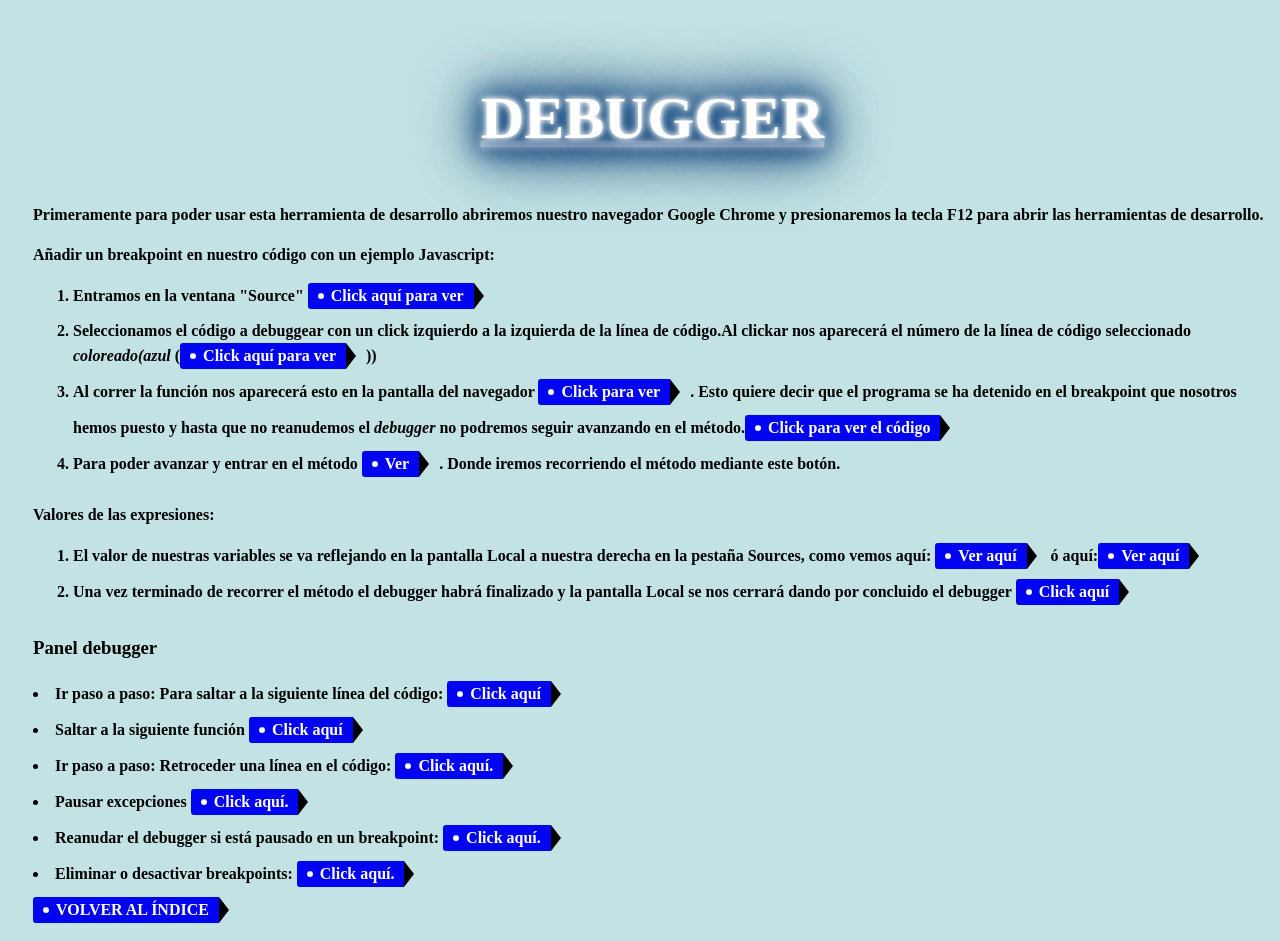
Repository: VictorinoBF97/HerramientasDesarollo
Page: debugger.html
These files come from the project's save history. The page is drawn as it stood at one moment and after the next save; the edit follows.
The browser window is 1280 px wide. The pictures show the whole page.

Above is the page before, as saved 2018-11-27 07:06:43.
Not found: main.js

### debugger.html
<!DOCTYPE html>
<html>
<head>
    <meta charset="utf-8" />
    <meta http-equiv="X-UA-Compatible" content="IE=edge">
    <title>HERRAMIENTA DEBUGGER</title>
    <meta name="viewport" content="width=device-width, initial-scale=1">
    <link rel="stylesheet" type="text/css" media="screen" href="./css/styles.css" />
    <script src="main.js"></script>
</head>
<body>
    <h1><u>DEBUGGER</u></h1>
    <p>
        Primeramente para poder usar esta herramienta de desarrollo abriremos nuestro
        navegador Google Chrome y presionaremos la tecla <b>F12</b> para abrir las
        herramientas de desarrollo.
    </p>
    <div>
        <p>Añadir un breakpoint en nuestro código con un ejemplo Javascript:</p>
    </div>
    <ol>
        <li>Entramos en la ventana <b>"Source"</b>
             <a href="./images/source.PNG" target="_blank">Click aquí para ver</a>
        </li>
        <li>Seleccionamos el código a debuggear con un click izquierdo a la
            izquierda de la línea de código.Al clickar nos aparecerá el número
            de la línea de código seleccionado <i>coloreado(<b>azul</b></i>
            (<a href="./images/breakpoint.PNG" target="_blank">Click aquí para ver</a>))
        </li>
        <li>Al correr la función nos aparecerá esto en la pantalla del navegador
             <a href="./images/debug.PNG" target="_blank">Click para ver</a>.
            Esto quiere decir que el programa se ha detenido en el <b>breakpoint</b>
            que nosotros hemos puesto y hasta que no reanudemos el <em>debugger</em>
            no podremos seguir avanzando en el método.<a href="./images/dbug.PNG" target="_blank">Click para ver el código</a>
        </li>
        <li>Para poder avanzar y entrar en el método <a href="./images/next.PNG"
        target="_blank">Ver</a>. Donde iremos recorriendo el método mediante este botón.</li>
    </ol>

    <div>Valores de las expresiones:

    </div>
    <ol>
        <li>
            El valor de nuestras variables se va reflejando en la pantalla <strong>Local</strong> a nuestra derecha en la pestaña Sources, como vemos aquí: <a href="./images/variables.PNG" target="_blank">
            Ver aquí</a> ó aquí:<a href="./images/variables2.PNG" target="_blank">Ver aquí</a>
        </li>

        <li>
            Una vez terminado de recorrer el método el debugger habrá finalizado y la pantalla Local se nos cerrará dando por concluido el debugger <a href="./images/fin.png" target="_blank">Click aquí</a>
        </li>
    </ol>

    <h3>Panel debugger</h3>

    <li> Ir paso a paso: Para saltar a la siguiente línea del código: <a href="./images/nextstep.PNG" target="_blank">Click aquí</a>

        <li>
            Saltar a la siguiente función <a href="./images/saltar.PNG"
            target="_blank">Click aquí</a>
        </li>

        <li>Ir paso a paso: Retroceder una línea en el código: <a href="./images/beforestep.PNG"
        target="_blank">Click aquí.</a></li>

        <li>Pausar excepciones <a href="./images/pausa.PNG"
            target="_blank">Click aquí.</a></li>

        <li>Reanudar el debugger si está pausado en un breakpoint: <a href="./images/reanudard.PNG"
        target="_blank">Click aquí.</a></li>

        <li>Eliminar o desactivar breakpoints: <a href="./images/find.PNG"
            target="_blank">Click aquí.</a></li>



</body>
<footer>
    <a href="indice.html" target="_self" class="volver">VOLVER AL ÍNDICE</a>
</footer>
</html>

### css/styles.css
html{
    background-color: rgb(194, 226, 228);
}

.titulo{
    text-shadow: 0px 0px 5px rgb(152, 153, 147);
    border: 10px ridge #1E90FF;
    width: 75%;

}

h1{
    font-size: 60px;
font-family: 'Futura';
color: #fff;
text-shadow: 0 0 5px #fff, 0 0 10px #fff, 0 0 20px rgb(3, 58, 117), 0 0 30px rgb(3, 58, 117), 0 0 40px rgb(3, 58, 117), 0 0 55px rgb(3, 58, 117), 0 0 75px rgb(3, 58, 117);
text-align: center;
}
body{
    font: 16px/1.5 'PT Sans', serif;
    font-weight: bold;
    overflow: hidden;
    padding-left: 25px;
    padding-top: 25px;
}

.indice{
    font-size: 125%;

}
a{
    background: rgb(0, 4, 240);
  border-radius: 3px 0 0 3px;
  color: rgb(255, 255, 255);
  display: inline-block;
  height: 26px;
  line-height: 26px;
  padding: 0 20px 0 23px;
  position: relative;
  margin: 0 10px 10px 0;
  text-decoration: none;
  -webkit-transition: color 0.2s;
}
a::before {
    background: #fff;
    border-radius: 10px;
    box-shadow: inset 0 1px rgba(0, 0, 0, 0.25);
    content: '';
    height: 6px;
    left: 10px;
    position: absolute;
    width: 6px;
    top: 10px;
  }

  a::after {
    background: rgb(194, 226, 228);
    border-bottom: 13px solid transparent;
    border-left: 10px solid black;
    border-top: 13px solid transparent;
    content: '';
    position: absolute;
    right: 0;
    top: 0;
  }

  a:hover {
    background-color: crimson;
    color: white;
  }

  a:hover::after {
     border-left-color: crimson;
  }

  /* VOLVER AL ÍNDICE */
  .volver::after{
    background:rgb(194, 226, 228);
    border-bottom: 13px solid transparent;
    border-left: 10px solid black;
    border-top: 13px solid transparent;
    content: '';
    position: absolute;
    right: 0;
    top: 0;

  }

  .volver:hover {
    background-color: crimson;
    color: white;
  }

  .volver:hover::after {
     border-right-color: crimson;
  }

After the next save:
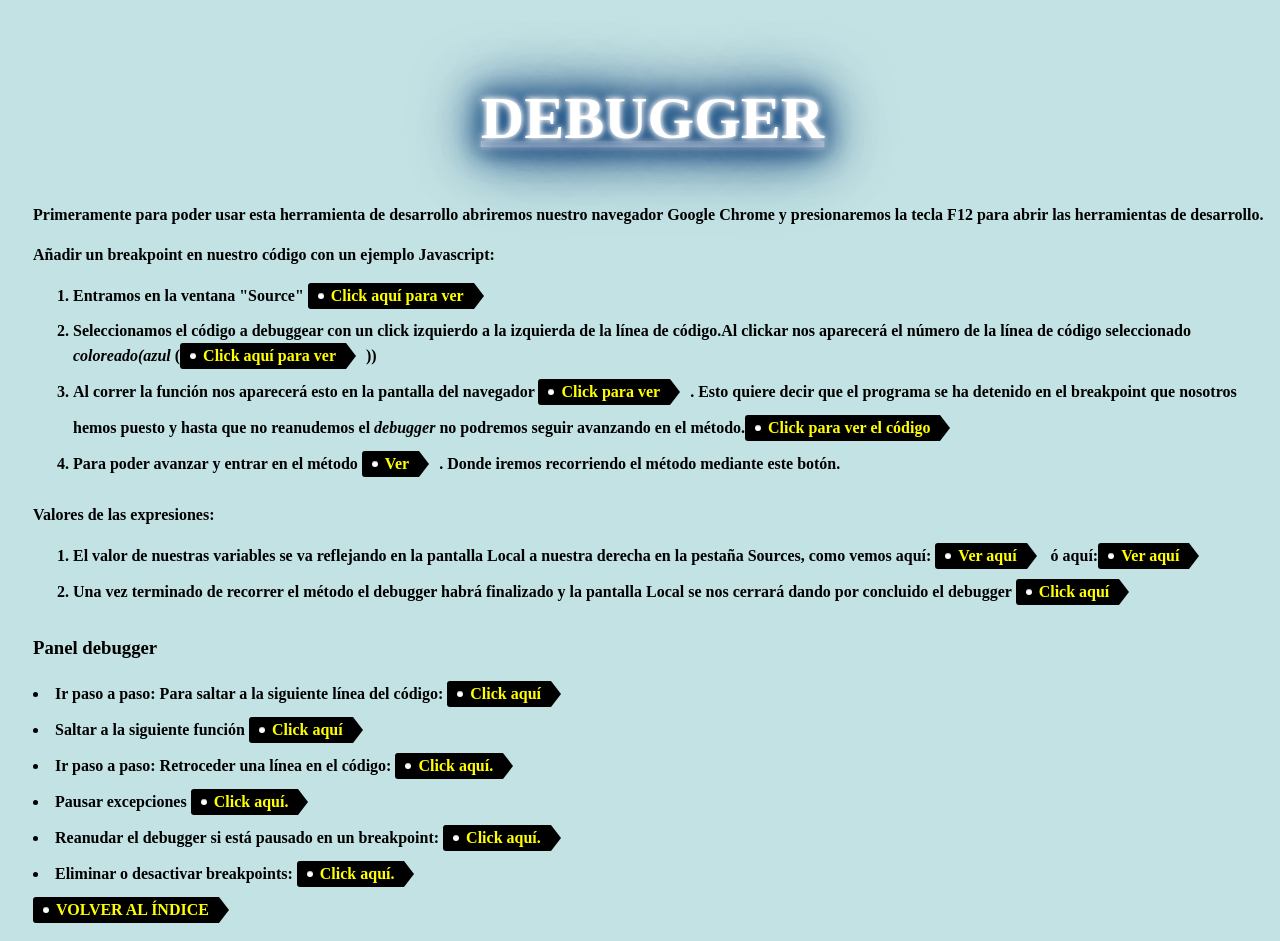
Saved 10 s later.
--- a/css/styles.css
+++ b/css/styles.css
@@ -29,9 +29,9 @@ body{
 
 }
 a{
-    background: rgb(0, 4, 240);
+    background: rgb(0, 0, 0);
   border-radius: 3px 0 0 3px;
-  color: rgb(255, 255, 255);
+  color: yellow;
   display: inline-block;
   height: 26px;
   line-height: 26px;
